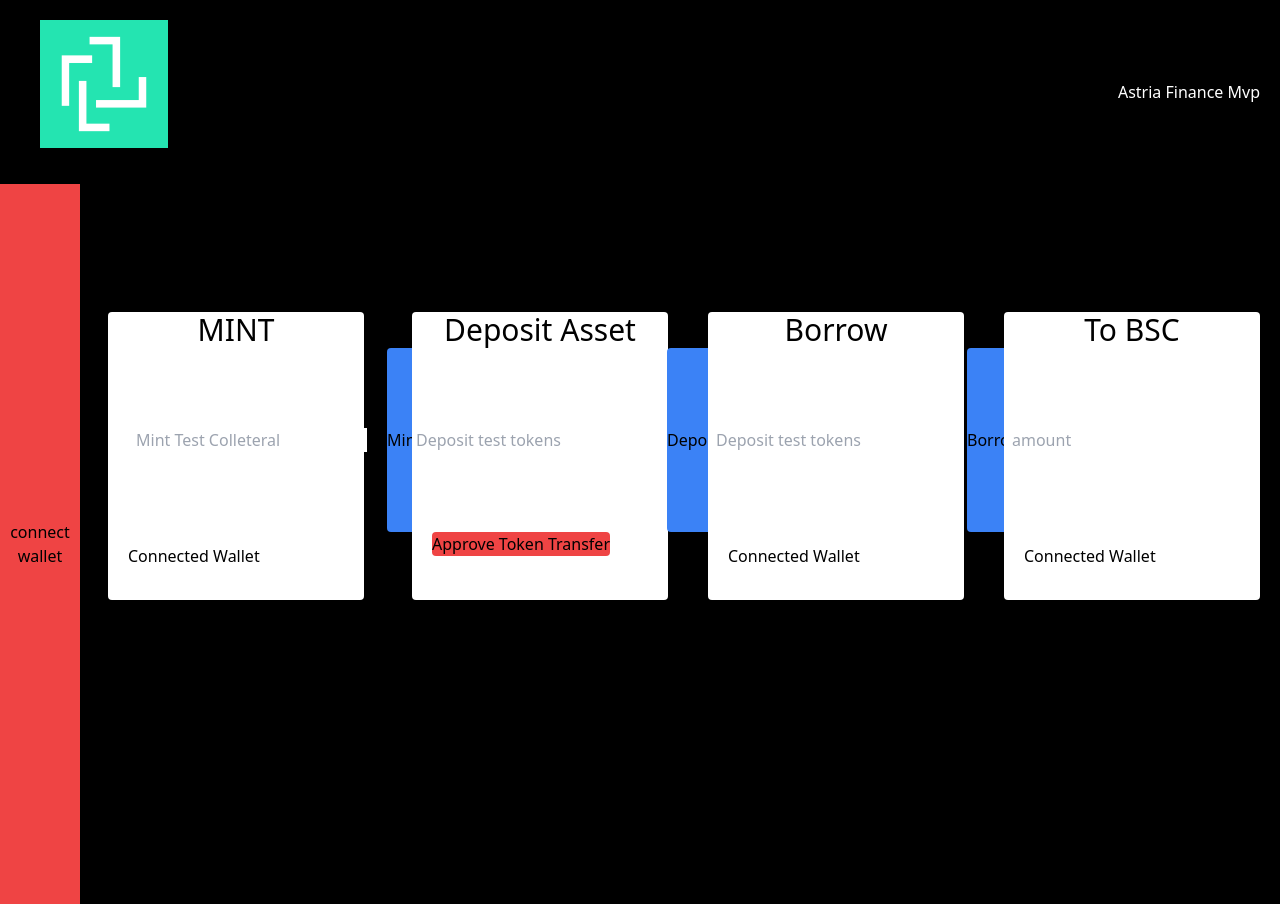
Repository: AstriaFinance/AstriaMvp
Page: /
An editor plug-in stored every save of this project. The page is shown before and after the next save, followed by the edit.
The browser window is 1280 px wide. The pictures show the whole page.
The project was rebuilt for these pictures with package versions that can differ from the ones it lists, and the page was loaded fresh each time. Also part of the build but not shown: src/components/About.jsx, src/components/Shop.jsx, src/components/ErrorPage.jsx.

Above is the page before, as saved 2022-06-26 18:33:35.

### src/App.js
import {Nav, Home} from "./components"

function App() {
  return (

    <div>

      <Nav/>
      <Home/>
      </div>

  );
}

export default App;

### src/components/index.js
export{default as About} from "./About"
export{default as Nav} from "./Nav"
export{default as Shop} from "./Shop"
export {default as ErrorPage} from "./ErrorPage"
export{default as Home} from "./Home"

### src/components/Nav.jsx
import React from 'react'
import logo from "../static/astria2.jpg"
const Nav = () => {
  return (

        <nav className='bg-black flex justify-between '>
        <img src={logo} alt="" className='h-32 mt-5 mx-10' />
        <div className='text-white my-20 mx-5'>Astria Finance Mvp</div>





    </nav>



  )
}

export default Nav

### src/components/Home.jsx
import React, { useEffect, useState } from 'react'
import astriaPorta_abi from "../contracts/astriaPorta_abi.json"
import testEth_abi from "../contracts/testEth_abi"
import xap_abi from "../contracts/xap_abi.json"
import { ethers } from 'ethers'
import { shortenAddress } from './ShortenAddress'

const Home = () => {
    const contractAddress="0x1b3781eA482113695622EF6C31Fb38c4e02C95A0"
    const testEthContractAddress="0x8c5696f345827C2d5A7a2e48F815A428eCC87437"
    const xapContractAddress="0x5272c7F5eA6E5F9bb88f20B9f47Bd0f29e5921EC"
    const[conButtonText, setConButtonText]=useState("connect wallet")
    const [errorMessage, setErrorMessage]=useState(null)
    const[defaultAccount, setDefaultAccount]= useState(null)
    const[provider, setProvider]=useState(null)
    const [signer, setSigner]=useState(null)
    const [contract, setContract]=useState(null)
    const [transferHash, setTransferHah]=useState(null)
    const [depositHash, setDepositHash]=useState(null)
    const [testEthContract, setTestEthContract]=useState(null)
    const [borrowHash, setBorrowHash]=useState(null)
    const [sendHash, setSendHash]=useState(null)
    const [xapContract, setxapContract]=useState(null)

    const connectWalletHandler =()=>{
      if (window.ethereum ){
        window.ethereum.request({method:"eth_requestAccounts"})
        .then(result=>{
          accountChangedHandler(result[0])
          setConButtonText ("Wallet connected")
        })
        .catch(error=>{
          setErrorMessage(error.message)
        })
      }else{
        console.log("Install Metamask")
        setErrorMessage("Please install metamask")
      }
    }

    const accountChangedHandler=(newAddress)=>{
      setDefaultAccount(newAddress)
      updateEthers()
    }

    const updateEthers=()=>{
      let tempProvider= new ethers.providers.Web3Provider(window.ethereum)
      let tempSigner=tempProvider.getSigner()
      let tempContract= new ethers.Contract(contractAddress, astriaPorta_abi, tempSigner)
      let testEthContract=new ethers.Contract(testEthContractAddress, testEth_abi, tempSigner)
      let xapContract= new ethers.Contract(xapContractAddress, xap_abi, tempSigner)
      setProvider(tempProvider)
      setSigner(tempSigner)
      setContract(tempContract)
      setTestEthContract(testEthContract)
      setxapContract(xapContract)

    }

    const mintHandler=async (e)=>{
      e.preventDefault()
      let mintAmount=e.target.mintAmount.value

      let txn=await contract.Mint(mintAmount)
      setTransferHah(txn)

    }




    const depositHandler=async (e)=>{
      e.preventDefault()
      let depositAmount=e.target.depositAmount.value

      let depositTxn=await contract.deposit(depositAmount)
      setDepositHash(depositTxn)
    }

    const borrowHandler= async(e)=>{
      e.preventDefault()
      let borrowAmount= e.target.borrowAmount.value
      let borrowtxn=await contract.borrow(borrowAmount)
      setBorrowHash(borrowtxn)
    }

    const sendTokenHandler=async (e)=>{
      e.preventDefault()
      let messageFee = ethers.utils.parseEther('0.025');
      let tempSigner=signer.getAddress()
      let dstChainId=10002
      let to=tempSigner
      let qty =e.target.qty.value
      let zeroPaymentAddress=tempSigner
      let adapterParam="0x"
      let sendTokenTransaction= await xapContract.sendTokens( dstChainId, to, qty,zeroPaymentAddress, adapterParam,{value: ethers.utils.parseEther("0.01")} )
      setSendHash(sendTokenTransaction)
    }


    const approveTestEth=async(e)=>{
      e.preventDefault()
      await testEthContract.approve(contractAddress, ("9007199254740990"))
    }

    useEffect(()=>{
      if(contract!=null){

      }
    },[])
  return (
    <div>
    <p>{errorMessage}</p>
<div className="bg-black flex overflow-x-auto h-screen ">
<button className='bg-red-500' onClick={connectWalletHandler}>{conButtonText}</button>
<form onSubmit={mintHandler}>
 <div className="bg-white h-72 w-64 rounded my-32 mx-7">

  <div className="container flex justify-center text-3xl">MINT</div>
  <div className="flex justify-between">

    <input id="mintAmount" type="number" placeholder='Mint Test Colleteral' className='my-20 ml-7 hover:bg-red-500' />
    <button className="bg-blue-500 rounded mx-5 w-20  ">Mint</button>
  </div>
   <ul className="mx-5 my-3 flex gap-6">
     <li>Connected Wallet</li>

     <li></li>
   </ul>
 </div>
 </form>


 <div className="bg-white h-72 w-64 rounded mx-5 my-32">
 <form onSubmit={depositHandler}>
  <div class="container flex justify-center text-3xl">Deposit Asset</div>
  <div className="flex justify-between">

    <input id="depositAmount" type="text" placeholder='Deposit test tokens' className='my-20 ml-1 hover:bg-red-500' />
    <button className="bg-blue-500 rounded mx-5 w-20  ">Deposit</button>
  </div>
 </form>
 <form onSubmit={approveTestEth}>
  <button className="bg-red-500 rounded mx-5 w-50 ">Approve Token Transfer</button></form>
 </div>


 <form onSubmit={borrowHandler}>
 <div className="bg-white h-72 w-64 rounded mx-5 my-32">

  <div className="container flex justify-center text-3xl">Borrow</div>
  <div className="flex justify-between">

  <input id="borrowAmount" type="text" placeholder='Deposit test tokens' className='my-20 ml-2 rounded hover:bg-red-500' />
    <button className="bg-blue-500 rounded mx-5 w-20  ">Borrow</button>
  </div>
   <ul className="mx-5 my-3 flex gap-6">
     <li>Connected Wallet</li>
     <li></li>
   </ul>
 </div>
 </form>
 <form onSubmit={sendTokenHandler}>
 <div className="bg-white h-72 w-64 rounded mx-5 my-32">

  <div className="container flex justify-center text-3xl">To BSC</div>
  <div className="flex justify-between">
  <input id="qty" type="text" placeholder='amount' className='my-20 ml-2 rounded hover:bg-red-500' />
    <button className="bg-blue-500 rounded mx-10 w-20  ">To BSC</button>
  </div>
   <ul className="mx-5 my-3 flex gap-6">
     <li>Connected Wallet</li>
     <li></li>
   </ul>


 </div>
 </form>
 </div>

 </div>

  )
}

export default Home

### src/contracts/astriaPorta_abi.json
[
	{
		"inputs": [
			{
				"internalType": "contract IXAP",
				"name": "_XAP",
				"type": "address"
			}
		],
		"stateMutability": "nonpayable",
		"type": "constructor"
	},
	{
		"anonymous": false,
		"inputs": [
			{
				"indexed": true,
				"internalType": "address",
				"name": "masterContract",
				"type": "address"
			},
			{
				"indexed": false,
				"internalType": "bytes",
				"name": "data",
				"type": "bytes"
			},
			{
				"indexed": true,
				"internalType": "address",
				"name": "cloneAddress",
				"type": "address"
			}
		],
		"name": "LogDeploy",
		"type": "event"
	},
	{
		"anonymous": false,
		"inputs": [
			{
				"indexed": false,
				"internalType": "address",
				"name": "to",
				"type": "address"
			},
			{
				"indexed": false,
				"internalType": "uint256",
				"name": "amount",
				"type": "uint256"
			}
		],
		"name": "Minted",
		"type": "event"
	},
	{
		"anonymous": false,
		"inputs": [
			{
				"indexed": false,
				"internalType": "address",
				"name": "from",
				"type": "address"
			},
			{
				"indexed": false,
				"internalType": "uint256",
				"name": "amount",
				"type": "uint256"
			}
		],
		"name": "borrowed",
		"type": "event"
	},
	{
		"anonymous": false,
		"inputs": [
			{
				"indexed": false,
				"internalType": "address",
				"name": "from",
				"type": "address"
			},
			{
				"indexed": false,
				"internalType": "uint256",
				"name": "amount",
				"type": "uint256"
			}
		],
		"name": "deposited",
		"type": "event"
	},
	{
		"inputs": [],
		"name": "BORROW_OPENING_FEE",
		"outputs": [
			{
				"internalType": "uint256",
				"name": "",
				"type": "uint256"
			}
		],
		"stateMutability": "view",
		"type": "function"
	},
	{
		"inputs": [],
		"name": "COLLATERIZATION_RATE",
		"outputs": [
			{
				"internalType": "uint256",
				"name": "",
				"type": "uint256"
			}
		],
		"stateMutability": "view",
		"type": "function"
	},
	{
		"inputs": [],
		"name": "LIQUIDATION_MULTIPLIER",
		"outputs": [
			{
				"internalType": "uint256",
				"name": "",
				"type": "uint256"
			}
		],
		"stateMutability": "view",
		"type": "function"
	},
	{
		"inputs": [
			{
				"internalType": "uint256",
				"name": "_amount",
				"type": "uint256"
			}
		],
		"name": "Mint",
		"outputs": [],
		"stateMutability": "nonpayable",
		"type": "function"
	},
	{
		"inputs": [],
		"name": "XAP",
		"outputs": [
			{
				"internalType": "contract IXAP",
				"name": "",
				"type": "address"
			}
		],
		"stateMutability": "view",
		"type": "function"
	},
	{
		"inputs": [
			{
				"internalType": "address",
				"name": "_spender",
				"type": "address"
			},
			{
				"internalType": "uint256",
				"name": "_amount",
				"type": "uint256"
			}
		],
		"name": "approve",
		"outputs": [],
		"stateMutability": "nonpayable",
		"type": "function"
	},
	{
		"inputs": [
			{
				"internalType": "uint256",
				"name": "amount",
				"type": "uint256"
			}
		],
		"name": "borrow",
		"outputs": [],
		"stateMutability": "nonpayable",
		"type": "function"
	},
	{
		"inputs": [
			{
				"internalType": "uint16",
				"name": "_dstChainId",
				"type": "uint16"
			},
			{
				"internalType": "bytes",
				"name": "_to",
				"type": "bytes"
			},
			{
				"internalType": "uint256",
				"name": "amount",
				"type": "uint256"
			},
			{
				"internalType": "address",
				"name": "_zroPaymentAddress",
				"type": "address"
			},
			{
				"internalType": "bytes",
				"name": "_adapterParam",
				"type": "bytes"
			}
		],
		"name": "borrowTo",
		"outputs": [],
		"stateMutability": "nonpayable",
		"type": "function"
	},
	{
		"inputs": [],
		"name": "collateral",
		"outputs": [
			{
				"internalType": "contract ITestETH",
				"name": "",
				"type": "address"
			}
		],
		"stateMutability": "view",
		"type": "function"
	},
	{
		"inputs": [
			{
				"internalType": "address",
				"name": "masterContract",
				"type": "address"
			},
			{
				"internalType": "bytes",
				"name": "data",
				"type": "bytes"
			},
			{
				"internalType": "bool",
				"name": "useCreate2",
				"type": "bool"
			}
		],
		"name": "deploy",
		"outputs": [
			{
				"internalType": "address",
				"name": "cloneAddress",
				"type": "address"
			}
		],
		"stateMutability": "payable",
		"type": "function"
	},
	{
		"inputs": [
			{
				"internalType": "uint256",
				"name": "amount",
				"type": "uint256"
			}
		],
		"name": "deposit",
		"outputs": [],
		"stateMutability": "payable",
		"type": "function"
	},
	{
		"inputs": [
			{
				"internalType": "address",
				"name": "",
				"type": "address"
			}
		],
		"name": "depositsToAmount",
		"outputs": [
			{
				"internalType": "uint256",
				"name": "",
				"type": "uint256"
			}
		],
		"stateMutability": "view",
		"type": "function"
	},
	{
		"inputs": [],
		"name": "feeTo",
		"outputs": [
			{
				"internalType": "address",
				"name": "",
				"type": "address"
			}
		],
		"stateMutability": "view",
		"type": "function"
	},
	{
		"inputs": [
			{
				"internalType": "bytes",
				"name": "data",
				"type": "bytes"
			}
		],
		"name": "init",
		"outputs": [],
		"stateMutability": "payable",
		"type": "function"
	},
	{
		"inputs": [
			{
				"internalType": "address",
				"name": "",
				"type": "address"
			}
		],
		"name": "masterContractOf",
		"outputs": [
			{
				"internalType": "address",
				"name": "",
				"type": "address"
			}
		],
		"stateMutability": "view",
		"type": "function"
	},
	{
		"inputs": [],
		"name": "oracle",
		"outputs": [
			{
				"internalType": "contract IOracle",
				"name": "",
				"type": "address"
			}
		],
		"stateMutability": "view",
		"type": "function"
	},
	{
		"inputs": [],
		"name": "oracleData",
		"outputs": [
			{
				"internalType": "bytes",
				"name": "",
				"type": "bytes"
			}
		],
		"stateMutability": "view",
		"type": "function"
	},
	{
		"inputs": [
			{
				"internalType": "contract ITestETH",
				"name": "_collateral",
				"type": "address"
			}
		],
		"name": "setTestColleteral",
		"outputs": [],
		"stateMutability": "nonpayable",
		"type": "function"
	},
	{
		"inputs": [],
		"name": "testColleteral",
		"outputs": [
			{
				"internalType": "contract ITestETH",
				"name": "",
				"type": "address"
			}
		],
		"stateMutability": "view",
		"type": "function"
	},
	{
		"inputs": [],
		"name": "totalDeposits",
		"outputs": [
			{
				"internalType": "uint256",
				"name": "",
				"type": "uint256"
			}
		],
		"stateMutability": "view",
		"type": "function"
	}
]

### src/contracts/testEth_abi.json
[
	{
		"inputs": [],
		"stateMutability": "nonpayable",
		"type": "constructor"
	},
	{
		"anonymous": false,
		"inputs": [
			{
				"indexed": true,
				"internalType": "address",
				"name": "owner",
				"type": "address"
			},
			{
				"indexed": true,
				"internalType": "address",
				"name": "spender",
				"type": "address"
			},
			{
				"indexed": false,
				"internalType": "uint256",
				"name": "value",
				"type": "uint256"
			}
		],
		"name": "Approval",
		"type": "event"
	},
	{
		"anonymous": false,
		"inputs": [
			{
				"indexed": true,
				"internalType": "address",
				"name": "previousOwner",
				"type": "address"
			},
			{
				"indexed": true,
				"internalType": "address",
				"name": "newOwner",
				"type": "address"
			}
		],
		"name": "OwnershipTransferred",
		"type": "event"
	},
	{
		"anonymous": false,
		"inputs": [
			{
				"indexed": true,
				"internalType": "address",
				"name": "from",
				"type": "address"
			},
			{
				"indexed": true,
				"internalType": "address",
				"name": "to",
				"type": "address"
			},
			{
				"indexed": false,
				"internalType": "uint256",
				"name": "value",
				"type": "uint256"
			}
		],
		"name": "Transfer",
		"type": "event"
	},
	{
		"inputs": [
			{
				"internalType": "address",
				"name": "owner",
				"type": "address"
			},
			{
				"internalType": "address",
				"name": "spender",
				"type": "address"
			}
		],
		"name": "allowance",
		"outputs": [
			{
				"internalType": "uint256",
				"name": "",
				"type": "uint256"
			}
		],
		"stateMutability": "view",
		"type": "function"
	},
	{
		"inputs": [
			{
				"internalType": "address",
				"name": "spender",
				"type": "address"
			},
			{
				"internalType": "uint256",
				"name": "amount",
				"type": "uint256"
			}
		],
		"name": "approve",
		"outputs": [
			{
				"internalType": "bool",
				"name": "",
				"type": "bool"
			}
		],
		"stateMutability": "nonpayable",
		"type": "function"
	},
	{
		"inputs": [
			{
				"internalType": "address",
				"name": "account",
				"type": "address"
			}
		],
		"name": "balanceOf",
		"outputs": [
			{
				"internalType": "uint256",
				"name": "",
				"type": "uint256"
			}
		],
		"stateMutability": "view",
		"type": "function"
	},
	{
		"inputs": [
			{
				"internalType": "uint256",
				"name": "amount",
				"type": "uint256"
			}
		],
		"name": "burn",
		"outputs": [],
		"stateMutability": "nonpayable",
		"type": "function"
	},
	{
		"inputs": [
			{
				"internalType": "address",
				"name": "account",
				"type": "address"
			},
			{
				"internalType": "uint256",
				"name": "amount",
				"type": "uint256"
			}
		],
		"name": "burnFrom",
		"outputs": [],
		"stateMutability": "nonpayable",
		"type": "function"
	},
	{
		"inputs": [],
		"name": "decimals",
		"outputs": [
			{
				"internalType": "uint8",
				"name": "",
				"type": "uint8"
			}
		],
		"stateMutability": "view",
		"type": "function"
	},
	{
		"inputs": [
			{
				"internalType": "address",
				"name": "spender",
				"type": "address"
			},
			{
				"internalType": "uint256",
				"name": "subtractedValue",
				"type": "uint256"
			}
		],
		"name": "decreaseAllowance",
		"outputs": [
			{
				"internalType": "bool",
				"name": "",
				"type": "bool"
			}
		],
		"stateMutability": "nonpayable",
		"type": "function"
	},
	{
		"inputs": [
			{
				"internalType": "address",
				"name": "spender",
				"type": "address"
			},
			{
				"internalType": "uint256",
				"name": "addedValue",
				"type": "uint256"
			}
		],
		"name": "increaseAllowance",
		"outputs": [
			{
				"internalType": "bool",
				"name": "",
				"type": "bool"
			}
		],
		"stateMutability": "nonpayable",
		"type": "function"
	},
	{
		"inputs": [
			{
				"internalType": "address",
				"name": "to",
				"type": "address"
			},
			{
				"internalType": "uint256",
				"name": "amount",
				"type": "uint256"
			}
		],
		"name": "mint",
		"outputs": [],
		"stateMutability": "nonpayable",
		"type": "function"
	},
	{
		"inputs": [],
		"name": "name",
		"outputs": [
			{
				"internalType": "string",
				"name": "",
				"type": "string"
			}
		],
		"stateMutability": "view",
		"type": "function"
	},
	{
		"inputs": [],
		"name": "owner",
		"outputs": [
			{
				"internalType": "address",
				"name": "",
				"type": "address"
			}
		],
		"stateMutability": "view",
		"type": "function"
	},
	{
		"inputs": [],
		"name": "renounceOwnership",
		"outputs": [],
		"stateMutability": "nonpayable",
		"type": "function"
	},
	{
		"inputs": [],
		"name": "symbol",
		"outputs": [
			{
				"internalType": "string",
				"name": "",
				"type": "string"
			}
		],
		"stateMutability": "view",
		"type": "function"
	},
	{
		"inputs": [],
		"name": "totalSupply",
		"outputs": [
			{
				"internalType": "uint256",
				"name": "",
				"type": "uint256"
			}
		],
		"stateMutability": "view",
		"type": "function"
	},
	{
		"inputs": [
			{
				"internalType": "address",
				"name": "to",
				"type": "address"
			},
			{
				"internalType": "uint256",
				"name": "amount",
				"type": "uint256"
			}
		],
		"name": "transfer",
		"outputs": [
			{
				"internalType": "bool",
				"name": "",
				"type": "bool"
			}
		],
		"stateMutability": "nonpayable",
		"type": "function"
	},
	{
		"inputs": [
			{
				"internalType": "address",
				"name": "from",
				"type": "address"
			},
			{
				"internalType": "address",
				"name": "to",
				"type": "address"
			},
			{
				"internalType": "uint256",
				"name": "amount",
				"type": "uint256"
			}
		],
		"name": "transferFrom",
		"outputs": [
			{
				"internalType": "bool",
				"name": "",
				"type": "bool"
			}
		],
		"stateMutability": "nonpayable",
		"type": "function"
	},
	{
		"inputs": [
			{
				"internalType": "address",
				"name": "newOwner",
				"type": "address"
			}
		],
		"name": "transferOwnership",
		"outputs": [],
		"stateMutability": "nonpayable",
		"type": "function"
	}
]

Loaded but not shown: public/index.html (common file); src/index.js (common file); src/index.css (common file); src/reportWebVitals.js (common file); src/components/ShortenAddress.js (common file); tailwind.config.js (common file); src/contracts/xap_abi.json (735 lines, source omitted)

After the next save:
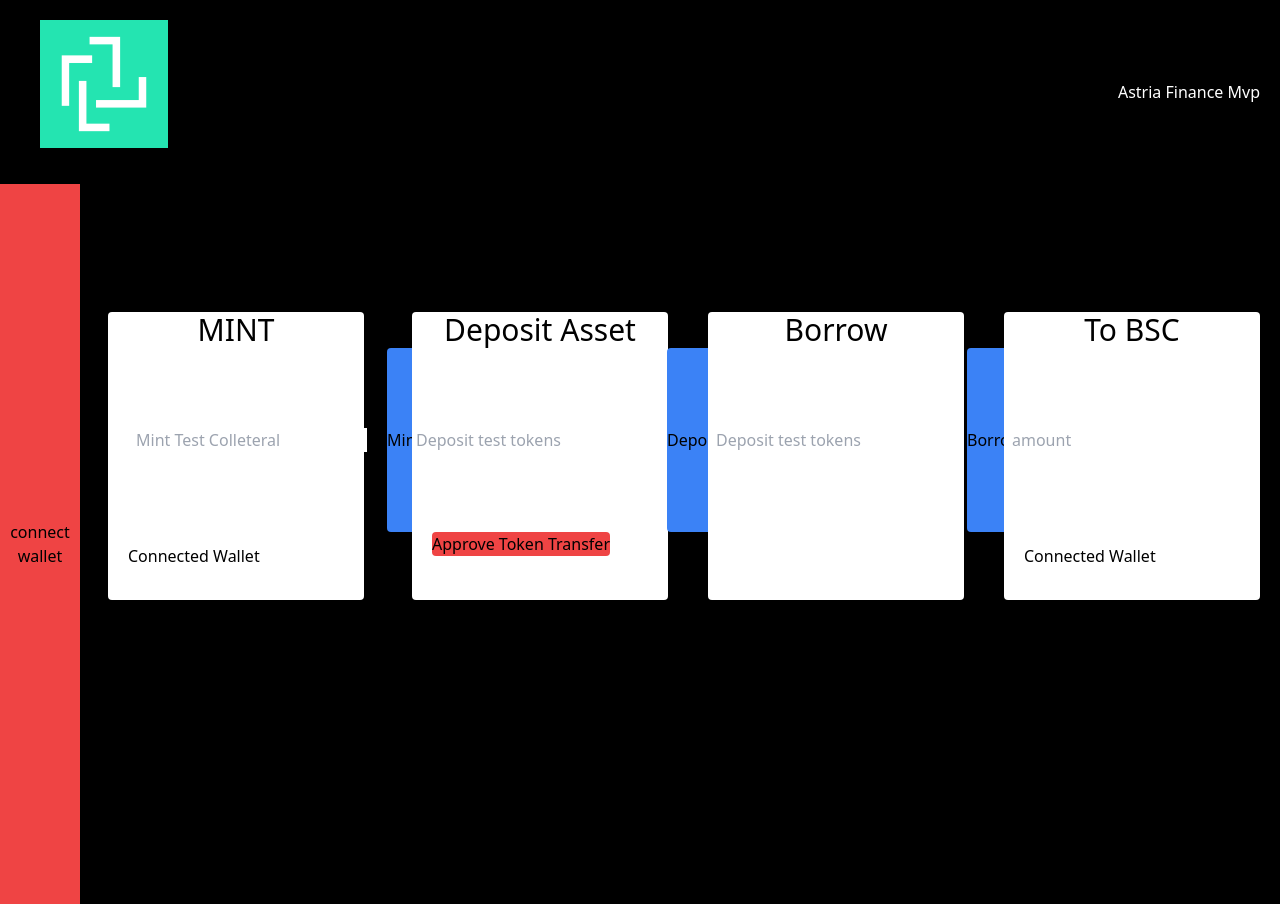
Saved 91 s later.
--- a/src/components/Home.jsx
+++ b/src/components/Home.jsx
@@ -155,7 +155,7 @@ const Home = () => {
     <button className="bg-blue-500 rounded mx-5 w-20  ">Borrow</button>
   </div>
    <ul className="mx-5 my-3 flex gap-6">
-     <li>Connected Wallet</li>
+     <li>{defaultAccount}</li>
      <li></li>
    </ul>
  </div>
